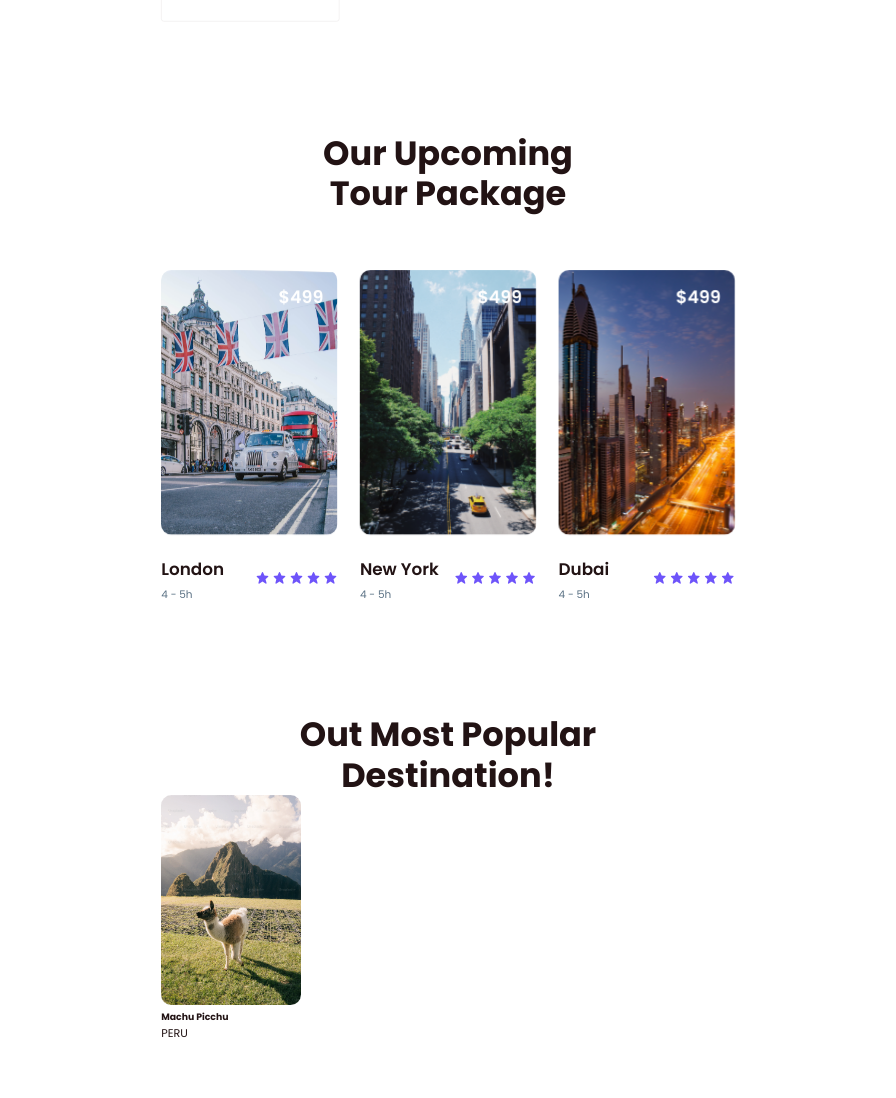
Repository: iamwind-dev/QLTourDuLich
Page: index.html
An editor plug-in stored every save of this project. The page is shown before and after the next save, followed by the edit.
The browser window is 1280 px wide. The pictures show the part of the page from y = 1537 to 3457 px (the page is 3105 px tall before and 3457 px after), at 70% of full size.
Some web fonts or font styles are not loaded; a fallback is used.

Above is the page before, as saved 2023-11-06 00:23:19.

### index.html
<!DOCTYPE htmL>
<html>

<head>
    <meta charset="utf-8">
    <meta name="viewport" content="width=device-width, initial-scale=1" > <title>Complete Travel Website Html Css
    </title>
    <link rel="stylesheet" type="text/css" href="./css/style.css">
    <link rel="stylesheet" href="https://unpkg.com/boxicons@latest/css/boxicons.min.css">
    <link rel="preconnect" href="https://fonts-googleapis.com" >
    <link rel="preconnect" href="https://fonts.gstatic.com" crossorigin>
    <link href="https://fonts.googleapis.com/css2?family=Paytone+One&family=Poppins:wght@100;200;300;400;500;600;700;800;900&display=swap" rel="stylesheet">
</head>
<body>
<!-- header -->

<header>
    <a href="#" class="logo">Travel</a>
    <div class="bx bx-menu" id="menu-icon"></div>
        <ul class="navbar">
            <li><a href="#">Home</a></li>
            <li><a href="#">Package</a></li>
            <li><a href="#">Destination</a></li>
            <li><a href="#">Contact Us</a></li>
        </ul>
</header>
<!-- Home section -->

<section class="home" id="home">
    <div class="home-text">
        <h1>Duong <br> Travel</h1>
        <p>EMmdadas</p>
        <a href="#" class="home-btn">Let go now</a>
    </div>
</section>
<!-- Container -->
<section class="container">
    <div class="text">
        <h2>Start Your Vacation <br>with Lots of Services!</h2>
    </div>
    <div class="row-items">
        <div class="container-box">
            <div class="container-img">
                <img src="./img/icons8-ship-80.png" alt="">
            </div>
            <h4>Ship Cruises</h4>
            <p>150 Properties</p>
        </div>

        <div class="container-box">
            <div class="container-img">
                <img src="./img/icons8-hamburger-80.png" alt="">
            </div>
            <h4>Food Tour</h4>
            <p>150 Properties</p>
        </div>

        <div class="container-box">
            <div class="container-img">
                <img src="./img/icons8-summer-80.png" alt="">
            </div>
            <h4>Summer</h4>
            <p>150 Properties</p>
        </div>

        <div class="container-box">
            <div class="container-img">
                <img src="./img/icons8-mountain-80.png" alt="">
            </div>
            <h4>Mountains Trip</h4>
            <p>150 Properties</p>
        </div>

    </div>
</section>

<!-- Package Section -->

<section class="package" id="package">
    <div class="title">
        <h2>
            Our Upcoming <br> Tour Package
        </h2>
    </div>
    <div class="package-content">
        <div class="box">
            <div class="thum">
                <img src="./img/sabrina-mazzeo-g-krQzQo9mI-unsplash.jpg" alt="" width="200px" style="border-radius: 15px;">
                <h3>$499</h3>
            </div>
            <div class="dest-content">
                <div class="location">
                    <h4>London</h4>
                    <p>4 - 5h</p>
                </div>
                <div class="stars">
                    <a href="#">
                        <i class="bx bxs-star"></i>
                    </a>
                    <a href="#">
                        <i class="bx bxs-star"></i>
                    </a>
                    <a href="#">
                        <i class="bx bxs-star"></i>
                    </a>
                    <a href="#">
                        <i class="bx bxs-star"></i>
                    </a>
                    <a href="#">
                        <i class="bx bxs-star"></i>
                    </a>
                </div>
            </div>
        </div>

        <div class="box">
            <div class="thum">
                <img src="./img/robert-bye-WTPp4wgourk-unsplash.jpg" alt="" width="200px" style="border-radius: 15px;">
                <h3>$499</h3>
            </div>
            <div class="dest-content">
                <div class="location">
                    <h4>New York</h4>
                    <p>4 - 5h</p>
                </div>
                <div class="stars">
                    <a href="#">
                        <i class="bx bxs-star"></i>
                    </a>
                    <a href="#">
                        <i class="bx bxs-star"></i>
                    </a>
                    <a href="#">
                        <i class="bx bxs-star"></i>
                    </a>
                    <a href="#">
                        <i class="bx bxs-star"></i>
                    </a>
                    <a href="#">
                        <i class="bx bxs-star"></i>
                    </a>
                </div>
            </div>
        </div>

        <div class="box">
            <div class="thum">
                <img src="./img/ryan-miglinczy-02n9_v-d1yY-unsplash.jpg" alt="" width="200px" style="border-radius: 15px;">
                <h3>$499</h3>
            </div>
            <div class="dest-content">
                <div class="location">
                    <h4>Dubai</h4>
                    <p>4 - 5h</p>
                </div>
                <div class="stars">
                    <a href="#">
                        <i class="bx bxs-star"></i>
                    </a>
                    <a href="#">
                        <i class="bx bxs-star"></i>
                    </a>
                    <a href="#">
                        <i class="bx bxs-star"></i>
                    </a>
                    <a href="#">
                        <i class="bx bxs-star"></i>
                    </a>
                    <a href="#">
                        <i class="bx bxs-star"></i>
                    </a>
                </div>
            </div>
        </div>



    </div>
</section>

<!-- Destination -->
<section>
    <div class="destination" id="destination">
        <div class="title">
            <h2>Out Most Popular <br> Destination!</h2>
        </div>

        <div class="destination-content">
            <div class="col-content">
                <img src="./img/premium_photo-1694542947671-03a7d921cc85.png" alt="" width="200px" style="border-radius: 15px;">
                <h5>Machu Picchu</h5>
                <p>PERU</p>
            </div>
        </div>

    </div>
</section>
<!-- link to JS -->
  <script type="text/javascript" src="./js/script.js"></script>
</body>

</html>

### css/style.css
*{
padding: 0;
margin: 0;
box-sizing: border-box;
font-family: 'Poppins', sans-serif;
text-decoration: none;
list-style: none;
scroll-behavior: smooth;
}
:root{
--bg-color: #fff;
--text-color: #221314;
--second-color: #5a7184;
--main-color: #6e54fa;
--big-font: 6rem;
--h2-font: 3rem;
--p-font: 1.1rem;
}
body{
    background: var(--bg-color);
    color: var(--text-color);
}
header{
    position: fixed;
    top: 0;
    right: 0;
    width: 100%;
    z-index: 1000;
    display: flex;
    align-items: center;
    justify-content: space-between;
    background: transparent;
    padding: 30px 18%;
    transition: ease .40s;
}

.logo{
    font-size: 35px;
    font-weight: 600;
    letter-spacing: 1px;
    color: var(--bg-color);

}

.navbar{
    display: flex;

}

.navbar a{
    color: var(--bg-color);
    font-size: var(--p-font);
    font-weight: 500;
    padding:10px 22px;
    border-radius: 4px;
    transition: ease .40s;

}

.navbar a:hover{
    background: var(--bg-color);
    color: var(--text-color);
    box-shadow: 5px 10px 30px rgb(85 85 85/20%);
    border-radius: 4px;
}

#menu-icon{
    color: var(--bg-color);
    font-size: 35px;
    z-index: 10001;
    cursor: pointer;
    display: none;
}

section{
    padding: 80px 18%;
}
.home{
    position: relative;
    width: 100%;
    height: 100vh;
    background: url(/img/wallpaperflare.com_wallpaper3.jpg);
    background-size: cover;
    background-position: center;
    display: grid;
    grid-template-columns: repeat(1,1fr);
    align-items: center;
}
.home-text h1{
 font-size: var(--big-font);
 line-height: 1.2;
 color: var(--bg-color);
 font-family: 'Paytone One', sans-serif;
 letter-spacing: 4px;
 margin-bottom: 20px;
}

.home-text p{
    color: #ffffffbf;
    font-size: 20px;
    font-weight: 400;
    line-height: 38px;
    margin-bottom: 50px;

}
.home-btn{
    display: inline-block;
    font-size: 16px;
    padding: 15px 30px;
    background: #ffffffbf;
    color: var(--main-color);
    border-radius: 4px;
    transition: ease .40s;
}
.home-btn:hover{
    background: var(--bg-color);
    transform: scale(1.1);

}
header.sticky{
    background: var(--bg-color);
    padding: 10px 18%;
    box-shadow: rgba(33, 35, 38, 0.1) 0px 10px 10px -10px;
}
.sticky .logo{
    color: var(--text-color);
}
.sticky .navbar a{
    color: var(--text-color);
}
.text h2{
    font-size: var(--h2-font);
    line-height: 1.1;

}

.row-items{
    display: grid;
    grid-template-columns: repeat(auto-fit,minmax(200px,auto));
    grid-gap: 2rem;
    align-items: center;
    text-align: center;
    margin-top: 5rem;

}
.container-box{
    background: var(--bg-color);
    border: 1px solid #f0eded;
    padding: 50px 10px;
    border-radius: 4px;
    transition: all 1s ease 0s ;
    cursor: pointer;
}
.container-img img{
    height: 85px;
    width: 85px;
    padding: 15px;
    background: var(--bg-color);
    box-shadow: 5px 10px 30px rgb(219, 219, 214);
    border-radius: 4px;
    margin-bottom: 15px;
    cursor: pointer;
}
.container-box h4{
    font-size: 24px;
    font-weight: 600;
    margin-bottom: 8px;

}

.container-box p{
    font-size: 15px;
    color: var(--second-color);

}
.container-box:hover{
    box-shadow: 5px 30px 56.1276px rgb(160, 159, 159);
    border: 1px solid transparent;
    transform: translateY(-3px);
}
.title{
    text-align: center;
}
.title h2{
    font-size: var(--h2-font);
    line-height: 1.2;
}

.package-content{
    display: grid;
    grid-template-columns: repeat(auto-fit,minmax(200px,auto));
    grid-gap: 2rem;
    align-items: center;
    margin-top: 5rem;
}
.thum{
    position: relative;
    transition: all .3s cubic-bezier(.445,.05,.55.95);
    will-change: filter;
    cursor: pointer;
}
.thum img{
    width: 100%;
    height: auto;

}

.thum h3{
    position: absolute;
    font-size: 25px;
    font-weight: 600;
    text-align: right;
    color: var(--bg-color);
    top:20px;
    right: 20px;
}
.dest-content{
    display: flex;
    flex-wrap: wrap;
    align-items: center;
    justify-content: space-between;
    padding-top: 24px;

}

.stars i{
    color: var(--main-color);
    font-size: 20px;

}

.location h4{
    font-size: 24px;
    font-weight: 600;
    margin-bottom: 8px;

}

.location p{
    font-size: 15px;
    color: var(--second-color);

}

.thum:hover{
    filter: brightness(100%) hue-rotate(50deg);
    transform: scale(1.04);

}

### js/script.js
const header = document.querySelector("header");

window.addEventListener("scroll", function () {
    header.classList.toggle("sticky", window.scrollY>0);
})

After the next save:
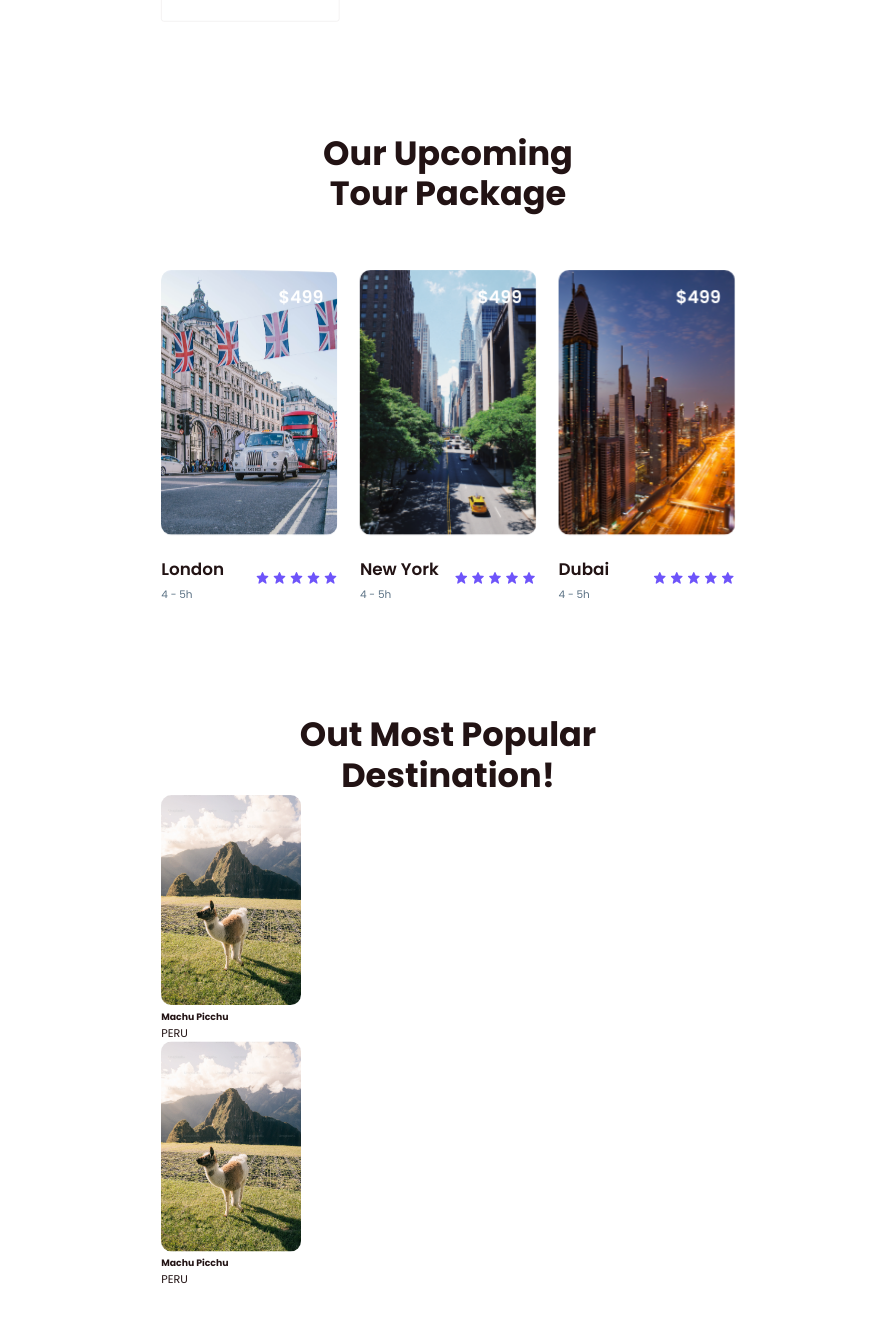
Saved 18 s later.
--- a/index.html
+++ b/index.html
@@ -191,6 +191,11 @@
                 <h5>Machu Picchu</h5>
                 <p>PERU</p>
             </div>
+            <div class="col-content">
+                <img src="./img/premium_photo-1694542947671-03a7d921cc85.png" alt="" width="200px" style="border-radius: 15px;">
+                <h5>Machu Picchu</h5>
+                <p>PERU</p>
+            </div>
         </div>
 
     </div>
